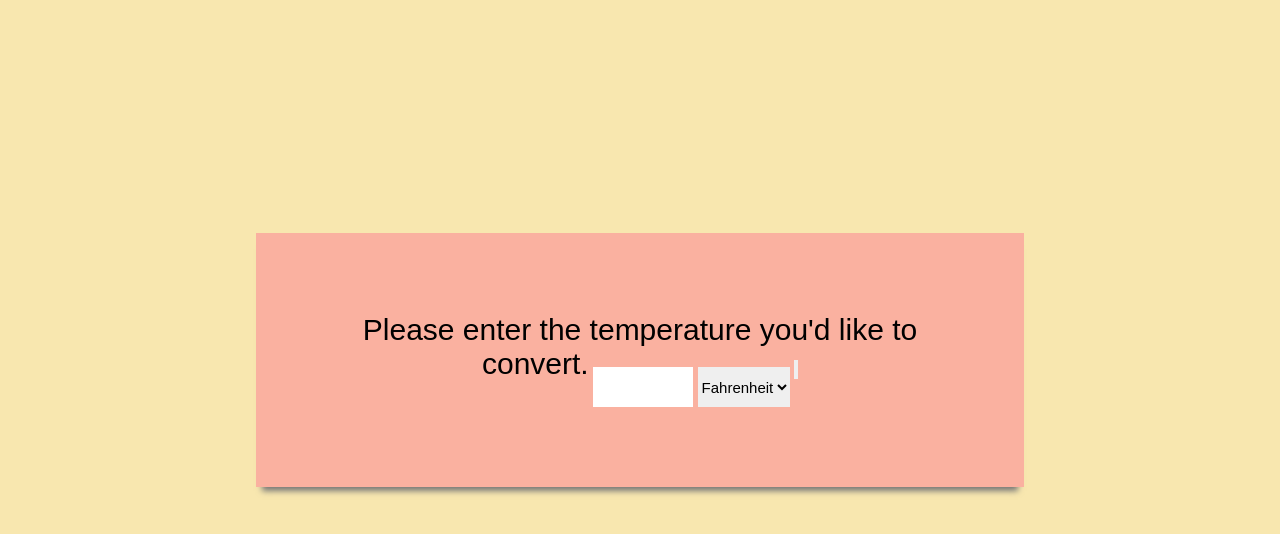
Repository: Mayur2905/OIBSIP
Page: Task-4/index.html
These files come from the project's save history. The page is drawn as it stood at one moment and after the next save; the edit follows.
The browser window is 1280 px wide. The pictures show the whole page.

Above is the page before, as saved 2022-02-03 22:25:46.

After the next save:
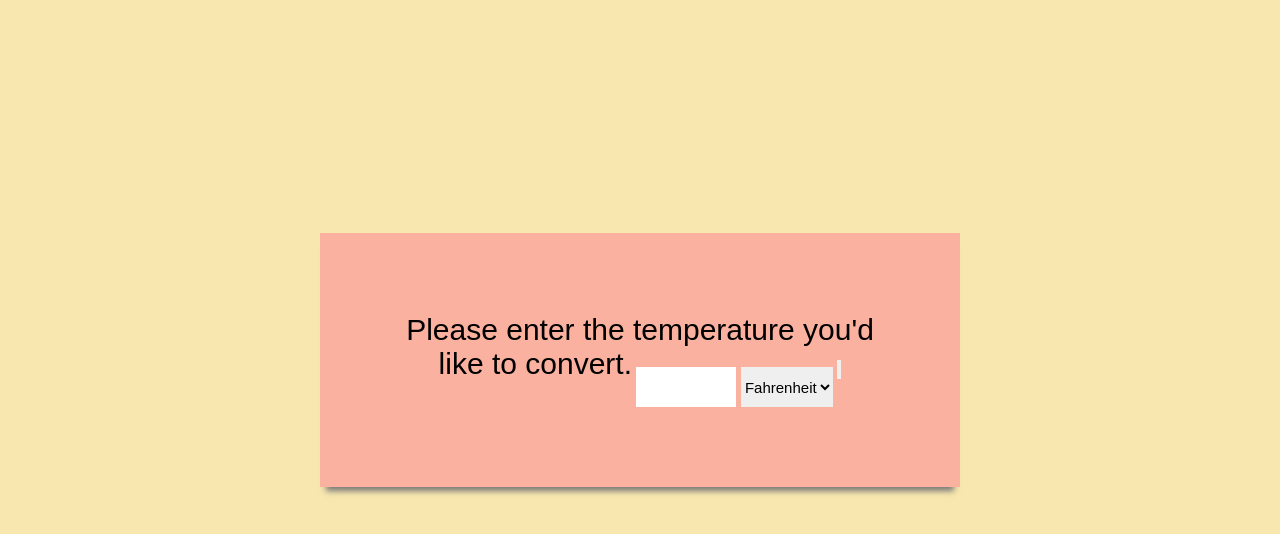
Saved 24 s later.
--- a/Task-4/style.css
+++ b/Task-4/style.css
@@ -16,10 +16,9 @@
 form {
   background-color: #fab1a0;
   padding: 80px;
-  width: 60%;
+  width: 50%;
   margin: 100px auto;
   text-align: center;
-  align-items: center;
   box-shadow: 0 10px 6px -6px #777;
 }
 

After the save that followed:
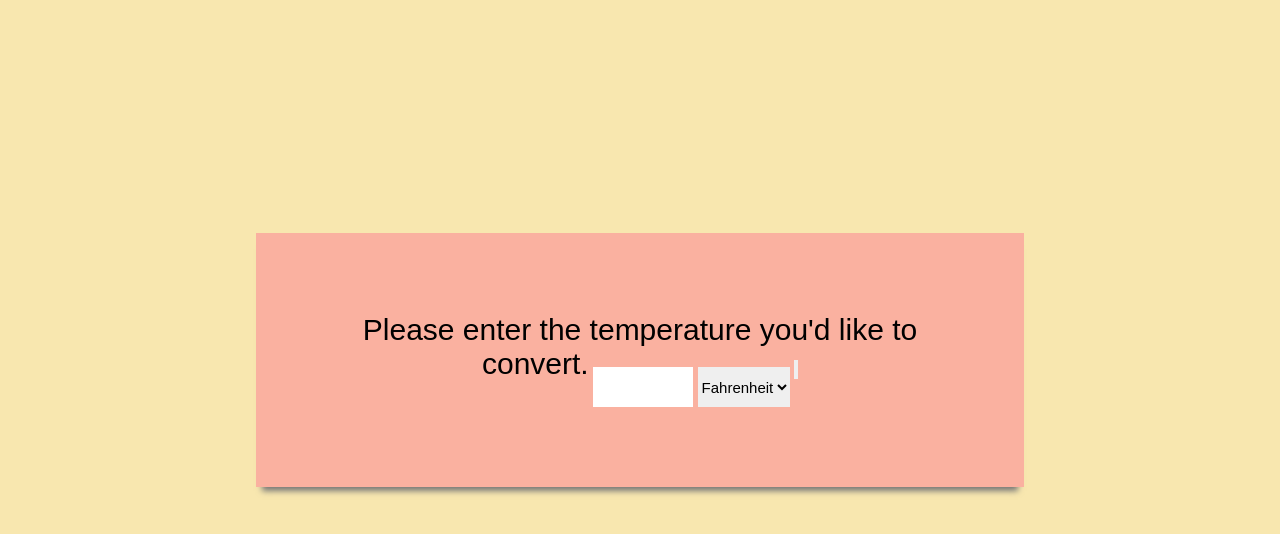
Saved 15 s later.
--- a/Task-4/style.css
+++ b/Task-4/style.css
@@ -16,7 +16,7 @@
 form {
   background-color: #fab1a0;
   padding: 80px;
-  width: 50%;
+  width: 60%;
   margin: 100px auto;
   text-align: center;
   box-shadow: 0 10px 6px -6px #777;
